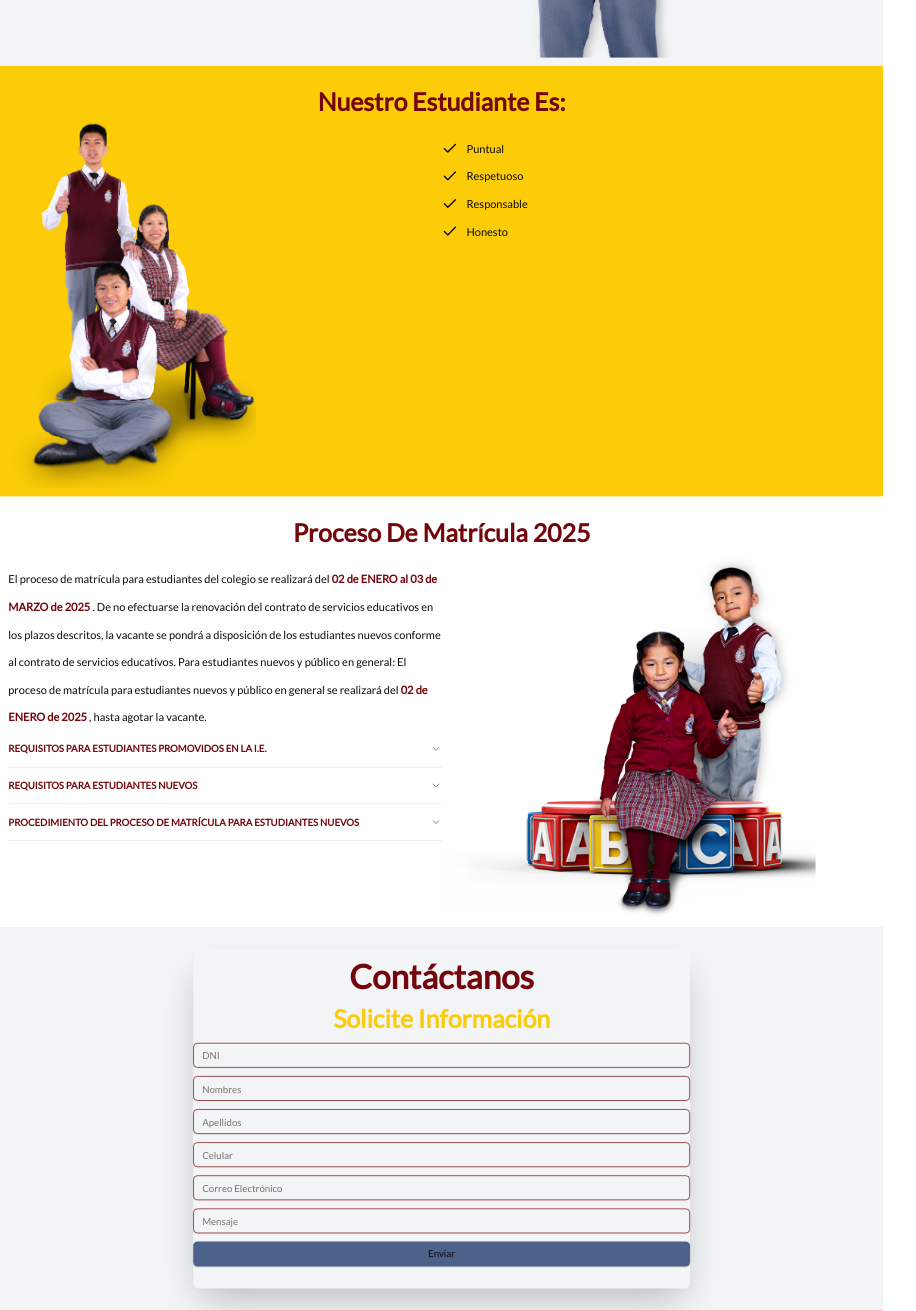
Repository: jefrydep/new_horizont_school
Page: /
An editor plug-in stored every save of this project. The page is shown before and after the next save, followed by the edit.
The browser window is 1280 px wide. The page is 1328 px wide, so the pictures cover 1328 px, including what lies to the right of the window. The pictures show the part of the page from y = 1940 to 3840 px (the page is 4770 px tall), at 69% of full size.
Pictures or frames that could not be fetched are drawn as grey boxes. The project was rebuilt for these pictures with package versions that can differ from the ones it lists, and the page was loaded fresh each time. The framework's server and built-in components were replaced by stand-ins that run in the browser. Also part of the build but not shown: next.config.ts.

Above is the page before, as saved 2024-11-28 20:47:18.

### src/app/layout.tsx
import type { Metadata } from "next";
import "./globals.css";
import Navbar from "@/components/Navbar";
import Footer from "@/components/Footer";


import { Lato } from 'next/font/google'

const lato = Lato({
  weight: '400',
  subsets: ['latin'],
  display: 'swap',
})

export const metadata: Metadata = {
  title: "COLEGIO INTERNACIONAL NUEVO HORIZONTE - JULIACA",
  description: "el mejor colegio de JULIACA,Colegio internacional nuevo horizonte",
};

export default function RootLayout({
  children,
}: Readonly<{
  children: React.ReactNode;
}>) {
  return (
    <html lang="es">

      <body
        className={` ${lato.className} antialiased `}
      >

        <div className="">
          <Navbar />
        </div>
        <main className="   ">

          {children}
          <div className="flex flex-col fixed  bottom-2     z-50   sm:top-1/2  gap-2">
            <a href="https://wa.me/+51999070701?text=Me%20gustar%C3%ADa%20recibir%20m%C3%A1s%20informaci%C3%B3n%20sobre%20el%20proceso%20de%20matr%C3%ADcula,%20requisitos%20y%20fechas%20importantes.%20Agradecer%C3%ADa%20su%20orientaci%C3%B3n%20para%20poder%20completar%20mi%20inscripci%C3%B3n%20de%20manera%20adecuada.%0A%0AQuedo%20atento%20a%20su%20respuesta.%0A%0ASaludos%20cordiales,%0A" target="_blank">
              {/* Solicitar información */}
              <img src="/whatsapp.png" alt="" className=" animate-bounce h-11  sm:h-16" />
            </a>

            <a href="https://www.tiktok.com/@colegionuevohorizonte" target="_blank">
              {/* Solicitar información */}
              <img src="/tik-tok.png" alt="" className=" animate-bounce h-11  sm:h-16 " />
            </a>
            <a href="https://www.facebook.com/internuevohorizonte  " target="_blank">
              {/* Solicitar información */}
              <img src="/facebook.png" alt="" className=" animate-bounce h-11  sm:h-16 " />
            </a>
            <a href="https://www.instagram.com/colegionuevohorizontejuliaca" target="_blank">
              {/* Solicitar información */}
              <img src="/instagram.png" alt="" className=" animate-bounce h-11  sm:h-16" />
            </a>
          </div>
        </main>
        <Footer />
      </body>
    </html>
  );
}

### src/app/page.tsx
import Form from "@/components/Form";
import Hero from "@/components/Hero";
import Location from "@/components/Location";
import PresentationCard from "@/components/PresentationCard";
import RegisterCard from "@/components/RegisterCard";
import StudentCard from "@/components/StudentCard";
import TrajectoryCard from "@/components/TrajectoryCard";

export default function Home() {
  return (
    <div className="">
      <Hero colorWave="#fff" title="¡Ya Iniciamos!" subtitle="ADMISION" year="2025" />
      <TrajectoryCard />
      <PresentationCard title="¡Bienvenidos Al Colegio!" subtitle="Nuevo Horizonte" />
      <StudentCard title="Nuestro Estudiante Es:" />
      <RegisterCard title="Proceso De Matrícula 2025" />
      <Form />
      <Location/>
    </div>
  );
}

### src/app/globals.css
@tailwind base;
@tailwind components;
@tailwind utilities;

body {
  font-family: Arial, Helvetica, sans-serif;
}

@layer base {
  :root {
    --background: 0 0% 100%;
    --foreground: 20 14.3% 4.1%;
    --card: 0 0% 100%;
    --card-foreground: 20 14.3% 4.1%;
    --popover: 0 0% 100%;
    --popover-foreground: 20 14.3% 4.1%;
    --primary: 24 9.8% 10%;
    --primary-foreground: 60 9.1% 97.8%;
    --secondary: 60 4.8% 95.9%;
    --secondary-foreground: 24 9.8% 10%;
    --muted: 60 4.8% 95.9%;
    --muted-foreground: 25 5.3% 44.7%;
    --accent: 60 4.8% 95.9%;
    --accent-foreground: 24 9.8% 10%;
    --destructive: 0 84.2% 60.2%;
    --destructive-foreground: 60 9.1% 97.8%;
    --border: 20 5.9% 90%;
    --input: 20 5.9% 90%;
    --ring: 20 14.3% 4.1%;
    --chart-1: 12 76% 61%;
    --chart-2: 173 58% 39%;
    --chart-3: 197 37% 24%;
    --chart-4: 43 74% 66%;
    --chart-5: 27 87% 67%;
    --radius: 0.5rem;
  }
  .dark {
    --background: 20 14.3% 4.1%;
    --foreground: 60 9.1% 97.8%;
    --card: 20 14.3% 4.1%;
    --card-foreground: 60 9.1% 97.8%;
    --popover: 20 14.3% 4.1%;
    --popover-foreground: 60 9.1% 97.8%;
    --primary: 60 9.1% 97.8%;
    --primary-foreground: 24 9.8% 10%;
    --secondary: 12 6.5% 15.1%;
    --secondary-foreground: 60 9.1% 97.8%;
    --muted: 12 6.5% 15.1%;
    --muted-foreground: 24 5.4% 63.9%;
    --accent: 12 6.5% 15.1%;
    --accent-foreground: 60 9.1% 97.8%;
    --destructive: 0 62.8% 30.6%;
    --destructive-foreground: 60 9.1% 97.8%;
    --border: 12 6.5% 15.1%;
    --input: 12 6.5% 15.1%;
    --ring: 24 5.7% 82.9%;
    --chart-1: 220 70% 50%;
    --chart-2: 160 60% 45%;
    --chart-3: 30 80% 55%;
    --chart-4: 280 65% 60%;
    --chart-5: 340 75% 55%;
  }
}

@layer base {
  * {
    @apply border-border;
  }
  body {
    @apply bg-background text-foreground;
  }
}
@keyframes slideDown {
  0% {
    transform: translateY(-20px);
    opacity: 0;
  }
  100% {
    transform: translateY(0);
    opacity: 1;
  }
}

.animate-slide-down {
  animation: slideDown 1s ease-out forwards;
}

/* Animación con retraso para un efecto de secuencia */
.animate-slide-down-delay-1 {
  animation: slideDown 1s ease-out forwards;
  animation-delay: 0.3s; /* Retraso para el primer texto */
}

.animate-slide-down-delay-2 {
  animation: slideDown 1s ease-out forwards;
  animation-delay: 0.6s; /* Retraso para el segundo texto */
}

### src/components/Form.tsx
"use client";

import React from "react";
import { Formik, Form, Field, ErrorMessage } from "formik";
import * as Yup from "yup";
import emailjs from "@emailjs/browser";
import { Button } from "./ui/button";
import { Input } from "./ui/input";

const ContactForm: React.FC = () => {
  const handleSubmit = async (
    values: any,
    { resetForm }: { resetForm: () => void }
  ) => {
    console.log(values);
    try {
      await emailjs.send(
        "service_ylr5l7x",
        "template_r33ljy7",
        values,
        "otiLUtXl2K09RKcCf"
      );
      alert("Mensaje enviado exitosamente");
      resetForm();
    } catch (error) {
      console.error("Error al enviar mensaje:", error);
      alert("Hubo un error al enviar el mensaje.");
    }
  };

  const validationSchema = Yup.object({
    dni: Yup.string().required("El DNI es obligatorio"),
    name: Yup.string().required("El nombre es obligatorio"),
    lastname: Yup.string().required("El apellido es obligatorio"),
    cellphone: Yup.string().required("El número de celular es obligatorio"),

    message: Yup.string().required("El mensaje es obligatorio"),
  });

  return (
    <div className="bg-gray-100  py-8">
      <div className="container pb-8 m-auto sm:w-[720px] shadow-2xl rounded-lg">
        <div className="py-4">
          <h5 className="font-bold mb-4  text-title  text-5xl text-center">
            Contáctanos
          </h5>
          <h4 className="font-bold text-4xl text-center text-subtitle">
            Solicite Información
          </h4>
        </div>
        <Formik
          initialValues={{
            dni: "",
            name: "",
            lastname: "",
            cellphone: "",
            email: "",
            message: "",
          }}
          validationSchema={validationSchema}
          onSubmit={handleSubmit}
        >
          <Form className="flex flex-col gap-3">
            <div className="">
              <Field
                name="dni"
                placeholder="DNI"
                className="input"
                as={Input}
              />
              <ErrorMessage
                name="dni"
                component="div"
                className="text-red-500"
              />
            </div>
            <div>
              <Field
                as={Input}
                name="name"
                placeholder="Nombres"
                className="input"
              />
              <ErrorMessage
                name="name"
                component="div"
                className="text-red-500"
              />
            </div>
            <div>
              <Field
                as={Input}
                name="lastname"
                placeholder="Apellidos"
                className="input"
              />
              <ErrorMessage
                name="lastname"
                component="div"
                className="text-red-500"
              />
            </div>
            <div>
              <Field
                as={Input}
                name="cellphone"
                placeholder="Celular"
                className="input"
              />
              <ErrorMessage
                name="cellphone"
                component="div"
                className="text-red-500"
              />
            </div>
            <div>
              <Field
                as={Input}
                name="email"
                placeholder="Correo Electrónico"
                className="input"
              />
              <ErrorMessage
                name="email"
                component="div"
                className="text-red-500"
              />
            </div>
            <div>
              <Field
                as={Input}
                name="message"
                // as="textarea"
                placeholder="Mensaje"
                className="input"
              />
              <ErrorMessage
                name="message"
                component="div"
                className="text-red-500"
              />
            </div>
            <Button type="submit">Enviar</Button>
          </Form>
        </Formik>
      </div>
    </div>
  );
};

export default ContactForm;

### src/components/Location.tsx

export default function Location() {
    return (
        <div className='w-full container m-auto bg-red-400'>
            {/* <iframe src="https://www.google.com/maps/embed?pb=!1m18!1m12!1m3!1d3844.9316625787906!2d-70.12231792745375!3d-15.488107585110283!2m3!1f0!2f0!3f0!3m2!1i1024!2i768!4f13.1!3m3!1m2!1s0x9167f3956c2bda63%3A0x64c4524617e0482a!2sColegio%20Nuevo%20Horizonte!5e0!3m2!1ses-419!2spe!4v1731094832258!5m2!1ses-419!2spe" width="600" height="450" style="border:0;" allowfullscreen="" loading="lazy" referrerpolicy="no-referrer-when-downgrade"></iframe> */}
            <iframe src="https://www.google.com/maps/embed?pb=!1m18!1m12!1m3!1d3844.9316625787906!2d-70.12231792745375!3d-15.488107585110283!2m3!1f0!2f0!3f0!3m2!1i1024!2i768!4f13.1!3m3!1m2!1s0x9167f3956c2bda63%3A0x64c4524617e0482a!2sColegio%20Nuevo%20Horizonte!5e0!3m2!1ses-419!2spe!4v1731094832258!5m2!1ses-419!2spe" width="100%" height="450"   loading="lazy"  ></iframe>
        </div>
    )
}

### src/components/PresentationCard.tsx
import {
    Accordion,
    AccordionContent,
    AccordionItem,
    AccordionTrigger,
} from "@/components/ui/accordion"


interface Props {
    title: string;
    subtitle: string;

}

export default function PresentationCard({ title, subtitle }: Props) {
    return (
        <div className="bg-gray-100">

            <div className="container grid  grid-cols-1 sm:grid-cols-2 gap-10   m-auto p-3">
                <div className="  w-full ">
                    <h4 className="text-4xl mt-4">{title}</h4>
                    <h4 className="text-4xl font-bold text-title">{subtitle}</h4>
                    <div className="leading-10 text-base mt-4">

                        <p>
                            El talento y la inteligencia de nuestros estudiantes y la alta preparación de nuestros docentes nos han hecho merecedores de los primeros lugares en premios de talla local, nacional. Ahora vamos por más...
                            Rumbo a las Bodas de Plata.

                        </p>

                    </div>
                    <div>
                        <Accordion type="single" collapsible>

                            <AccordionItem value="item-1 "  >
                                <AccordionTrigger className="text-title font-bold ">NIVEL PRIMARIA </AccordionTrigger>
                                <AccordionContent className="text-base leading-8">
                                    ¡Excelencia y dedicación en la formación del estudiante!
                                    Preparamos a nuestros estudiantes para responder a las exigencias de un mundo globalizado.
                                </AccordionContent>
                            </AccordionItem>


                            <AccordionItem value="item-2 "  >
                                <AccordionTrigger className="text-title font-bold ">NIVEL SECUNDARIA </AccordionTrigger>
                                <AccordionContent className="text-base leading-8">
                                    ¡Calidad e innovación en una formación integral!
                                    Nuestra finalidad fundamental es consolidar a través de un trabajo especializado por áreas, un plan estructurado de las áreas curriculares que está enfocado en el desarrollo de competencias y proyectos científicos.
                                </AccordionContent>
                            </AccordionItem>
                        </Accordion>




                    </div>
                </div>
                <div>
                    <img src="/matricula.png" alt=""  className="sm:h-[35rem]"/>
                </div>


            </div>
        </div>
    )
}

### src/components/StudentCard.tsx
import { Check } from "lucide-react";
const student = [
    {
        id: 1,
        profile: "Puntual"
    },
    {
        id: 2,
        profile: "Respetuoso"
    },
    {
        id: 3,
        profile: "Responsable"
    },
    {
        id: 4,
        profile: "Honesto"
    },

]
interface Props {
    title: string;

}
export default function StudentCard({ title }: Props) {
    return (
        <div className="bg-[#fbcc07] pt-8">

            <h4 className="text-4xl  text-title text-center font-bold">{title}</h4>
            <div className="container grid  grid-cols-1 sm:grid-cols-2   m-auto p-3">
                <div>
                    <img src="/SECUNDARIA.png" alt="nivel primaria" className="h-[23rem] sm:h-[33rem]" />
                </div>
                <div className="  w-full ">
                    {/* <h4 className="text-4xl">{subtitle}</h4> */}
                    <div className="leading-10 text-base mt-4">
                        {student.map(student => (



                            <span key={student.id} className="flex   items-center">
                                <Check />
                                <p className="ml-3">
                                    {student.profile}
                                </p>
                            </span>
                        ))}

                    </div>

                </div>


            </div>
        </div>
    )
}

### src/components/ui/button.tsx
import * as React from "react"
import { Slot } from "@radix-ui/react-slot"
import { cva, type VariantProps } from "class-variance-authority"

import { cn } from "@/lib/utils"

const buttonVariants = cva(
  "inline-flex items-center justify-center gap-2 whitespace-nowrap rounded-md text-sm font-medium transition-colors focus-visible:outline-none focus-visible:ring-1 focus-visible:ring-ring disabled:pointer-events-none disabled:opacity-50 [&_svg]:pointer-events-none [&_svg]:size-4 [&_svg]:shrink-0",
  {
    variants: {
      variant: {
        default:
          "bg-primary text-primary-foreground shadow hover:bg-primary/90",
        destructive:
          "bg-destructive text-destructive-foreground shadow-sm hover:bg-destructive/90",
        outline:
          "border border-input bg-background shadow-sm hover:bg-accent hover:text-accent-foreground",
        secondary:
          "bg-secondary text-secondary-foreground shadow-sm hover:bg-secondary/80",
        ghost: "hover:bg-accent hover:text-accent-foreground",
        link: "text-primary underline-offset-4 hover:underline",
      },
      size: {
        default: "h-9 px-4 py-2",
        sm: "h-8 rounded-md px-3 text-xs",
        lg: "h-10 rounded-md px-8",
        icon: "h-9 w-9",
      },
    },
    defaultVariants: {
      variant: "default",
      size: "default",
    },
  }
)

export interface ButtonProps
  extends React.ButtonHTMLAttributes<HTMLButtonElement>,
    VariantProps<typeof buttonVariants> {
  asChild?: boolean
}

const Button = React.forwardRef<HTMLButtonElement, ButtonProps>(
  ({ className, variant, size, asChild = false, ...props }, ref) => {
    const Comp = asChild ? Slot : "button"
    return (
      <Comp
        className={cn(buttonVariants({ variant, size, className }))}
        ref={ref}
        {...props}
      />
    )
  }
)
Button.displayName = "Button"

export { Button, buttonVariants }

### src/components/ui/input.tsx
import * as React from "react"

import { cn } from "@/lib/utils"

const Input = React.forwardRef<HTMLInputElement, React.ComponentProps<"input">>(
  ({ className, type, ...props }, ref) => {
    return (
      <input
        type={type}
        className={cn(
          "flex h-9 w-full rounded-md border  border-title bg-transparent  px-3 py-1 text-base shadow-sm transition-colors file:border-0 file:bg-transparent file:text-sm file:font-medium file:text-foreground placeholder:text-muted-foreground focus-visible:outline-none focus-visible:ring-1 focus-visible:ring-ring disabled:cursor-not-allowed disabled:opacity-50 md:text-sm",
          className
        )}
        ref={ref}
        {...props}
      />
    )
  }
)
Input.displayName = "Input"

export { Input }

### src/components/ui/accordion.tsx
"use client"

import * as React from "react"
import * as AccordionPrimitive from "@radix-ui/react-accordion"
import { ChevronDown } from "lucide-react"

import { cn } from "@/lib/utils"

const Accordion = AccordionPrimitive.Root

const AccordionItem = React.forwardRef<
  React.ElementRef<typeof AccordionPrimitive.Item>,
  React.ComponentPropsWithoutRef<typeof AccordionPrimitive.Item>
>(({ className, ...props }, ref) => (
  <AccordionPrimitive.Item
    ref={ref}
    className={cn("border-b", className)}
    {...props}
  />
))
AccordionItem.displayName = "AccordionItem"

const AccordionTrigger = React.forwardRef<
  React.ElementRef<typeof AccordionPrimitive.Trigger>,
  React.ComponentPropsWithoutRef<typeof AccordionPrimitive.Trigger>
>(({ className, children, ...props }, ref) => (
  <AccordionPrimitive.Header className="flex">
    <AccordionPrimitive.Trigger
      ref={ref}
      className={cn(
        "flex flex-1 items-center justify-between py-4 text-sm font-medium transition-all hover:underline text-left [&[data-state=open]>svg]:rotate-180",
        className
      )}
      {...props}
    >
      {children}
      <ChevronDown className="h-4 w-4 shrink-0 text-muted-foreground transition-transform duration-200" />
    </AccordionPrimitive.Trigger>
  </AccordionPrimitive.Header>
))
AccordionTrigger.displayName = AccordionPrimitive.Trigger.displayName

const AccordionContent = React.forwardRef<
  React.ElementRef<typeof AccordionPrimitive.Content>,
  React.ComponentPropsWithoutRef<typeof AccordionPrimitive.Content>
>(({ className, children, ...props }, ref) => (
  <AccordionPrimitive.Content
    ref={ref}
    className="overflow-hidden text-sm data-[state=closed]:animate-accordion-up data-[state=open]:animate-accordion-down"
    {...props}
  >
    <div className={cn("pb-4 pt-0", className)}>{children}</div>
  </AccordionPrimitive.Content>
))
AccordionContent.displayName = AccordionPrimitive.Content.displayName

export { Accordion, AccordionItem, AccordionTrigger, AccordionContent }

### tailwind.config.ts
import type { Config } from "tailwindcss";

export default {
	darkMode: ["class"],
	content: [
		"./src/pages/**/*.{js,ts,jsx,tsx,mdx}",
		"./src/components/**/*.{js,ts,jsx,tsx,mdx}",
		"./src/app/**/*.{js,ts,jsx,tsx,mdx}",
	],
	theme: {
    	extend: {
    		colors: {
    			background: 'hsl(var(--background))',
    			foreground: 'hsl(var(--foreground))',
    			card: {
    				DEFAULT: 'hsl(var(--card))',
    				foreground: 'hsl(var(--card-foreground))'
    			},
    			popover: {
    				DEFAULT: 'hsl(var(--popover))',
    				foreground: 'hsl(var(--popover-foreground))'
    			},
    			primary: {
    				DEFAULT: '#4c628a'
    			},
    			secondary: {
    				DEFAULT: '#1c1c1c'
    			},
    			backgroundGray: {
    				DEFAULT: '#d1d1d1'
    			},
				title:{
					DEFAULT:"#73060C"
				},
				subtitle:{
					DEFAULT:"#fbcc07"
				},
    			muted: {
    				DEFAULT: 'hsl(var(--muted))',
    				foreground: 'hsl(var(--muted-foreground))'
    			},
    			accent: {
    				DEFAULT: 'hsl(var(--accent))',
    				foreground: 'hsl(var(--accent-foreground))'
    			},
    			destructive: {
    				DEFAULT: 'hsl(var(--destructive))',
    				foreground: 'hsl(var(--destructive-foreground))'
    			},
    			border: 'hsl(var(--border))',
    			input: 'hsl(var(--input))',
    			ring: 'hsl(var(--ring))',
    			chart: {
    				'1': 'hsl(var(--chart-1))',
    				'2': 'hsl(var(--chart-2))',
    				'3': 'hsl(var(--chart-3))',
    				'4': 'hsl(var(--chart-4))',
    				'5': 'hsl(var(--chart-5))'
    			}
    		},
    		borderRadius: {
    			lg: 'var(--radius)',
    			md: 'calc(var(--radius) - 2px)',
    			sm: 'calc(var(--radius) - 4px)'
    		},
    		keyframes: {
    			'accordion-down': {
    				from: {
    					height: '0'
    				},
    				to: {
    					height: 'var(--radix-accordion-content-height)'
    				}
    			},
    			'accordion-up': {
    				from: {
    					height: 'var(--radix-accordion-content-height)'
    				},
    				to: {
    					height: '0'
    				}
    			}
    		},
    		animation: {
    			'accordion-down': 'accordion-down 0.2s ease-out',
    			'accordion-up': 'accordion-up 0.2s ease-out'
    		}
    	}
    },
	plugins: [require("tailwindcss-animate")],
} satisfies Config;

Loaded but not shown: src/lib/utils.ts (common file); src/app/data/data.ts (459 lines, source omitted); src/components/Navbar.tsx (273 lines, source omitted); src/components/RegisterCard.tsx (178 lines, source omitted); src/components/ui/carousel.tsx (262 lines, source omitted); src/components/Hero.tsx (158 lines, source omitted); src/components/ui/navigation-menu.tsx (128 lines, source omitted); src/components/ui/sheet.tsx (140 lines, source omitted); src/components/Footer.tsx (97 lines, source omitted); src/components/TrajectoryCard.tsx (65 lines, source omitted)

After the next save:
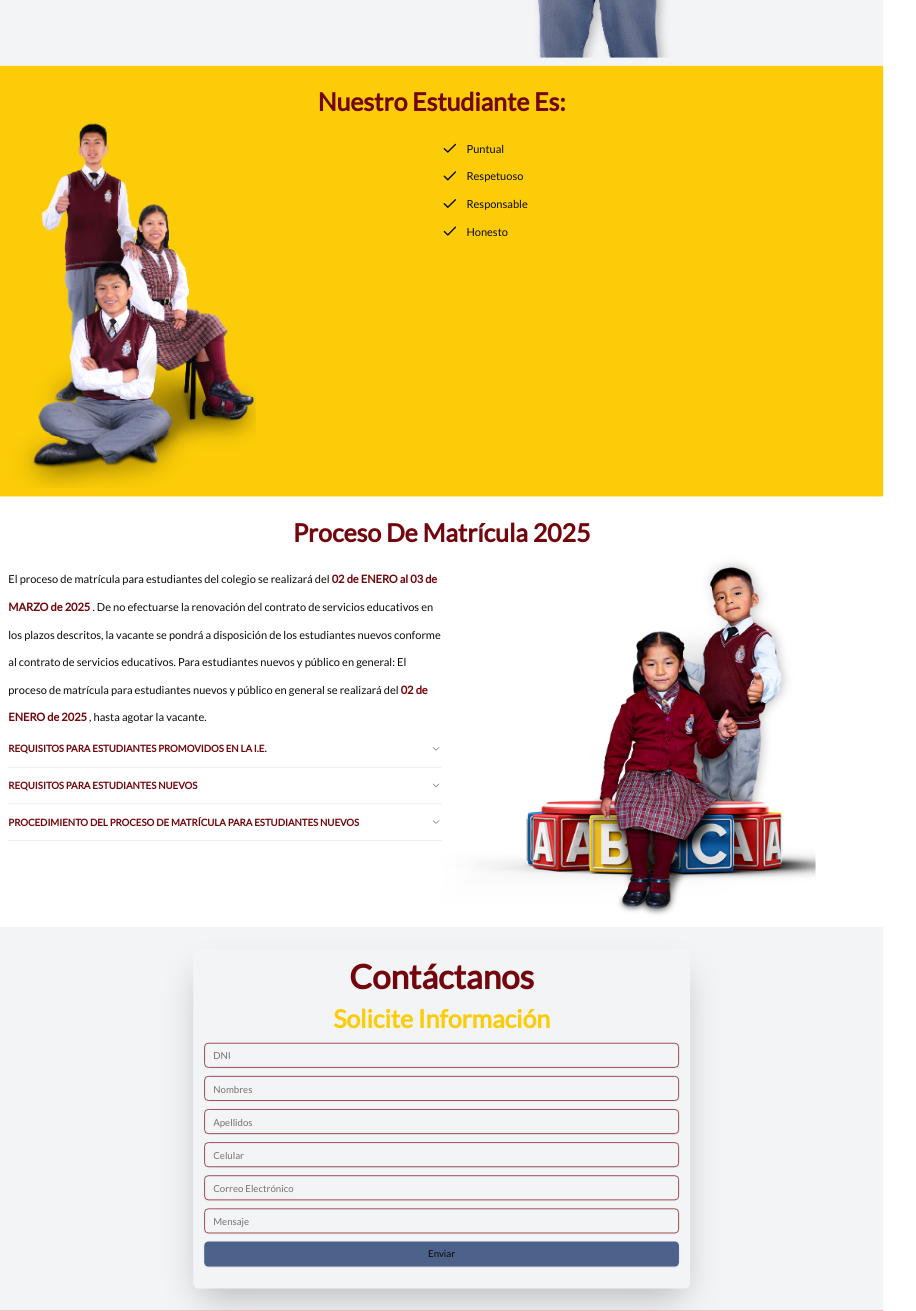
Saved 10 s later.
--- a/src/components/Form.tsx
+++ b/src/components/Form.tsx
@@ -60,7 +60,7 @@ const ContactForm: React.FC = () => {
           validationSchema={validationSchema}
           onSubmit={handleSubmit}
         >
-          <Form className="flex flex-col gap-3">
+          <Form className="flex flex-col gap-3 px-4">
             <div className="">
               <Field
                 name="dni"
